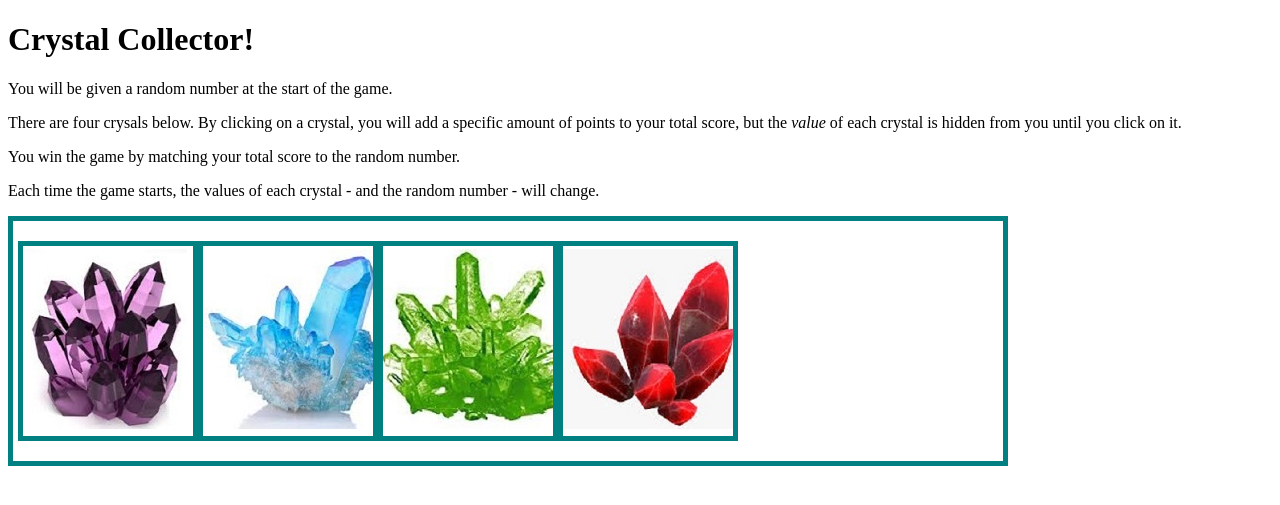
Repository: dsaftler/unit-4-game
Page: index.html
The author's editor kept a copy of each file at every save. The page is drawn from the files as they stood at one save, then again after the next save.
The browser window is 1280 px wide. The pictures show the whole page.

Above is the page before, as saved 2019-04-01 18:51:19.

After the next save:
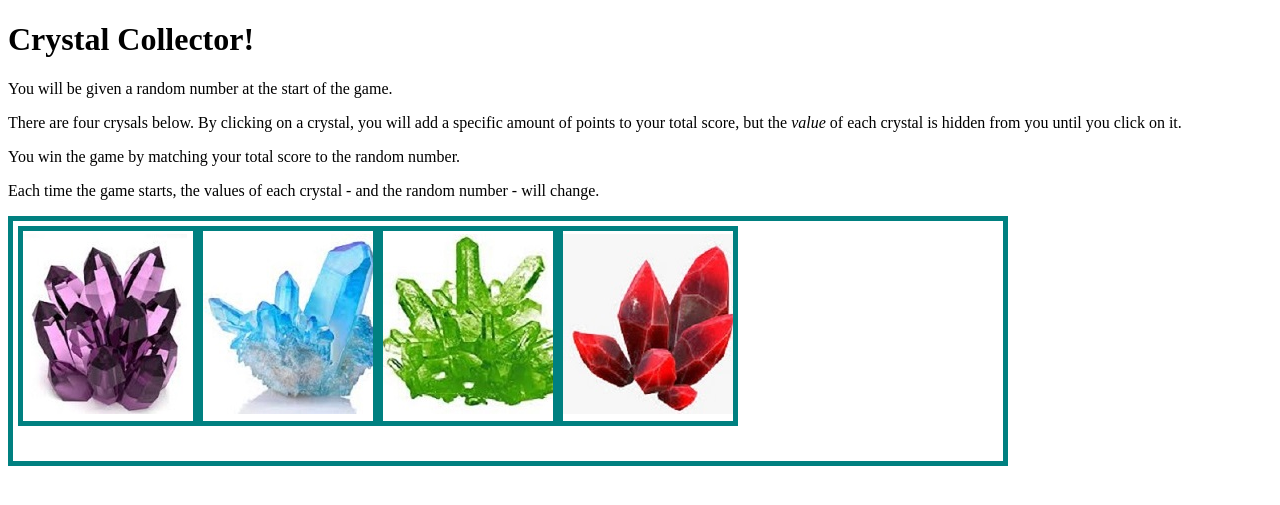
Saved 32 s later.
--- a/assets/css/style.css
+++ b/assets/css/style.css
@@ -14,7 +14,7 @@ background-image: url("assets/images/congruent_pentagon.png")
   width: 1000px;
   border:5px solid teal;
   padding: 5px;
-  align-content: center;
+  align-content: vertical;
 }
 .crystal{
   display: block;
